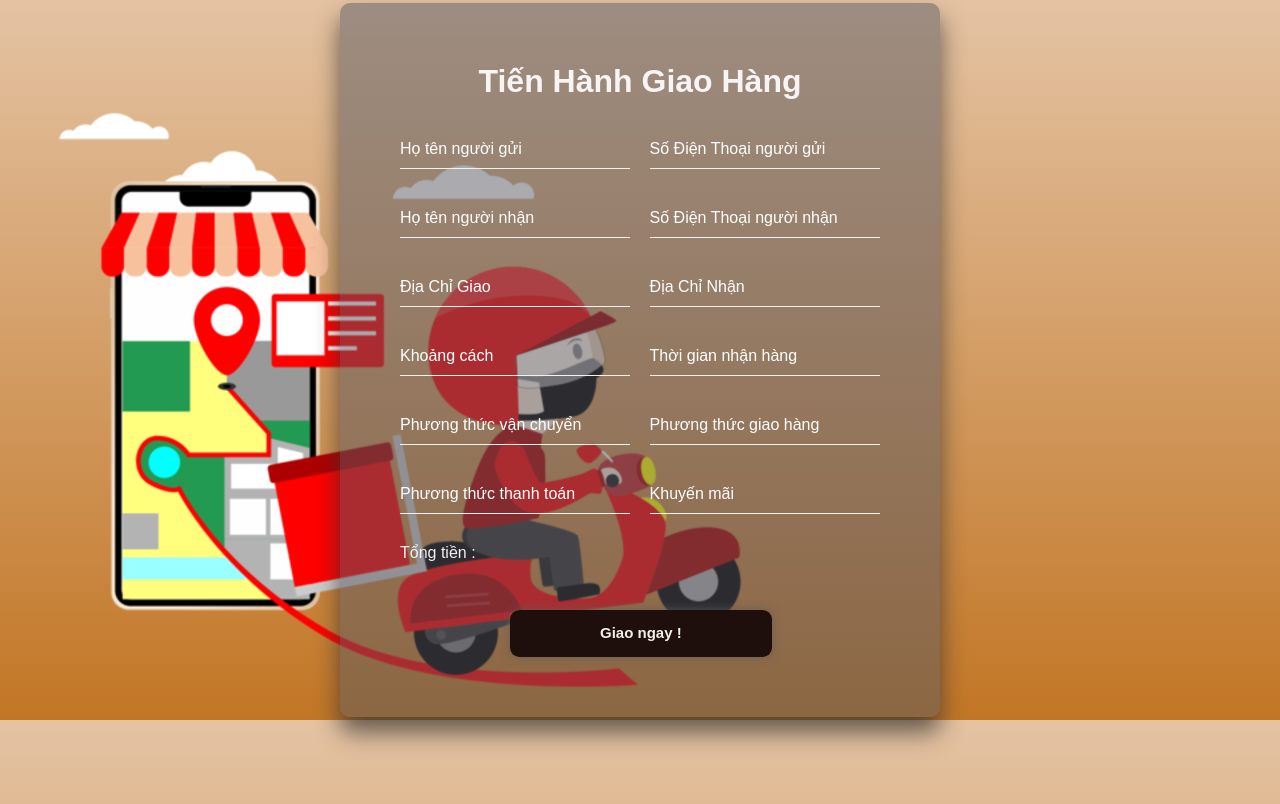
Repository: Pnguyen285/Demo
Page: Giao diện/index.html
These files come from the project's save history. The page is drawn as it stood at one moment and after a run of saves; the edit follows.
The browser window is 1280 px wide. The pictures show the whole page.

Above is the page before, as saved 2023-07-30 11:48:23.

### Giao diện/index.html
<!DOCTYPE html>
<html lang="en">
<head>
  <meta charset="UTF-8">
  <meta name="viewport" content="width=device-width, initial-scale=1.0">
  <title>Document</title>
  <link rel="stylesheet" type="" href="style.css">
  <img src="delivery.png" alt="">
</head>
<body>
  <div class="login-box">
    <h1>Tiến Hành Giao Hàng</h1>
    <div>
      <div class="user-box1">
        <div class="user-box">
          <input type="text" name="" required="">
          <label>Họ tên người gửi</label>
        </div>
        <div class="user-box">
          <input type="text" name="" required="">
          <label>Số Điện Thoại người gửi</label>
        </div>
      </div>
      <div class="user-box1">
        <div class="user-box">
          <input type="text" name="" required="">
          <label>Họ tên người nhận</label>
        </div>
        <div class="user-box">
          <input type="text" name="" required="">
          <label>Số Điện Thoại người nhận</label>
        </div>
      </div>
      <div class="user-box1">
        <div class="user-box">
          <input type="text" name="" required="">
          <label>Địa Chỉ Giao</label>
        </div>
        <div class="user-box">
          <input type="text" name="" required="">
          <label>Địa Chỉ Nhận</label>
        </div>
      </div>
      <div class="user-box1">
        <div class="user-box">
          <input type="text" name="" required="">
          <label>Khoảng cách</label>
        </div>
        <div class="user-box">
          <input type="text" name="" required="">
          <label>Thời gian nhận hàng</label>
        </div>
      </div>
      <div class="user-box1">
        <div class="user-box">
          <input type="number" name="" required="">
          <label>Phương thức vận chuyển</label>
        </div>
        <div class="user-box">
          <input type="number" name="" required="">
          <label>Phương thức giao hàng</label>
        </div>
      </div>
      <div class="user-box1">
        <div class="user-box">
          <input type="number" name="" required="">
          <label>Phương thức thanh toán</label>
        </div>
        <div class="user-box">
          <input type="text" name="" required="">
          <label>Khuyến mãi</label>
        </div>
      </div>
      <div class="totals">
          <label>Tổng tiền :</label>
      </div>
      <br>
      <button>
        <span class="transition"></span>
        <span class="gradient"></span>
        <span class="label">Giao ngay !</span>
      </button>
    </form>
  </div>
</body>
</html>

### Giao diện/style.css
html {
  height: 100%;
}
body {
  margin:0;
  padding:0;
  font-family: sans-serif;
  background: linear-gradient(#e4c3a3, #c27625);
}

.login-box {
  position: absolute;
  top: 50%;
  left: 50%;
  width: 600px;
  padding: 60px;
  transform: translate(-50%, -50%);
  background: rgba(88, 89, 97, 0.5);
  box-sizing: border-box;
  box-shadow: 0 15px 25px rgba(53, 50, 49, 0.742);
  border-radius: 10px;
  color:#fff
}

.login-box h1 {
  margin: 0 0 30px;
  padding: 0;
  color: #f8f4f4;
  text-align: center;
}

.login-box .user-box {
  position: relative;
  align-items: center;
  text-align: left;
}
.user-box{
  position: relative;
  display: inline-block;
  width: 48%;
  margin-right: 2%;

}
.login-box .user-box input {
  width: 100%;
  padding: 10px 0;
  font-size: 16px;
  color: #0b0607;
  margin-bottom: 30px;
  border: none;
  border-bottom: 1px solid #f2f3f0;
  outline: none;
  background: transparent;
}
.login-box .user-box label {
  position: absolute;
  top:0;
  left: 0;
  padding: 10px 0;
  font-size: 16px;
  color: #fff;
  pointer-events: none;
  transition: .5s;
}

.login-box .user-box input:focus ~ label,
.login-box .user-box input:valid ~ label {
  top: -20px;
  left: 0;
  color: #090705;
  font-size: 14px;
}

button {
  font-size: 15px;
  padding: 1em 6em;
  font-weight: 500;
  background: rgb(199, 108, 47);
  background: linear-gradient(90deg, rgba(196, 200, 203, 0.72), rgb(243, 142, 11) 0% 100%);
  color: #f1efec;
  font-weight: 900;
  border: none;
  position: relative;
  overflow: hidden;
  border-radius: 0.6em;
  box-shadow: 0 0 10px hsla(0, 2%, 37%, 0.8);
  transition: 0.2s;
  left: 110px;
}

.label {
  position: relative;
  top: -1px;
}

.transition {
  transition-timing-function: cubic-bezier(0.8, 0, 0.2, 1);
  transition-duration: 400ms;
  background: #1e0e0c;
  border-radius: 9999px;
  width: 20em;
  height: 11em;
  position: absolute;
  left: 50%;
  top: 50%;
  transform: translate(-50%, -50%);
}

button:hover .transition {
  width: 0;
  height: 0;
}

button:hover {
  transition: 0.2s;
  color: #110d0b;
}

button:active {
  transform: scale(0.97);
}
.user-box1:after {

  display: table;
  clear: both;
}
.user-box1 > div {
  float: left;
  width: 48%;
  margin-right: 4%;
}
.user-box1 > div:last-child {
  margin: 0;
}


.totals {
  margin: 0 0 30px;
  padding: 0;
  color: #f4efef;
  text-align: left;

}

After the next 4 saves:
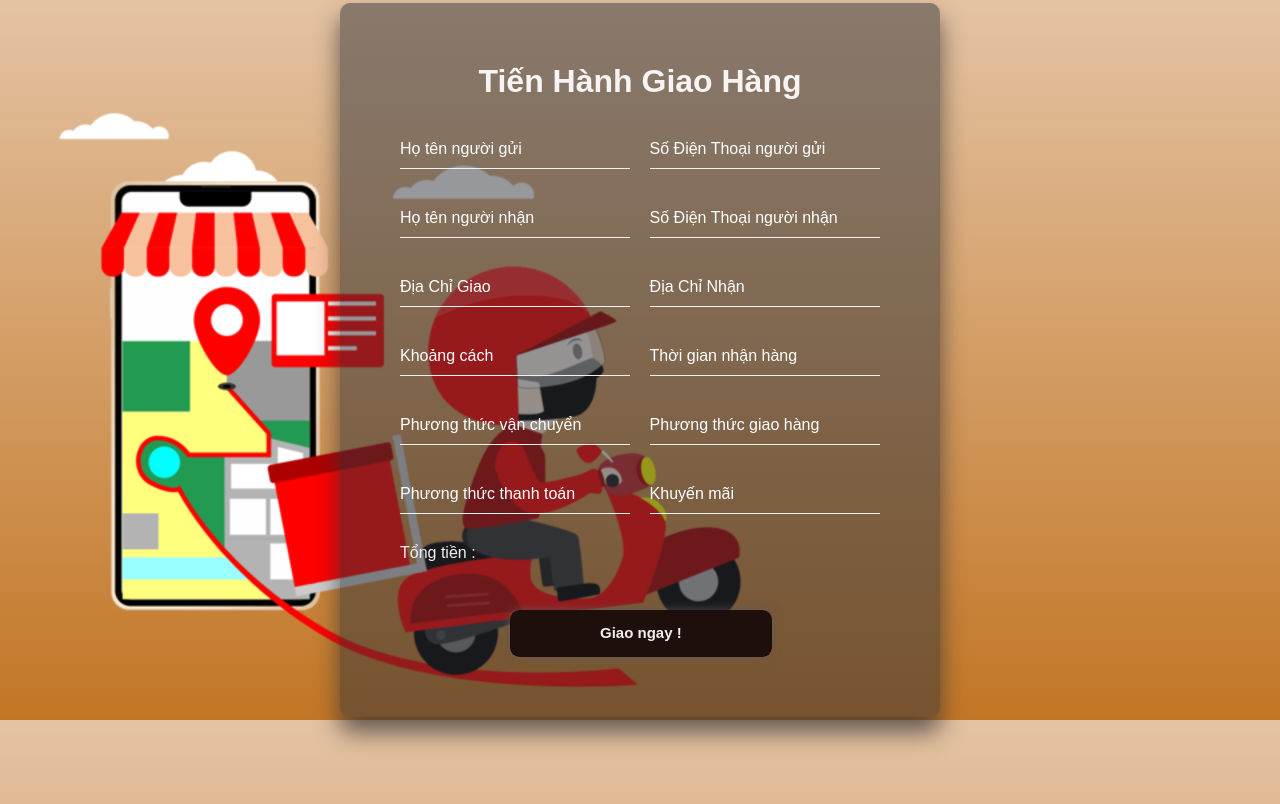
The 4 saves are shown as one change because they came seconds apart.
The last was saved 2 min 18 s later.
--- a/Giao diện/style.css
+++ b/Giao diện/style.css
@@ -15,7 +15,7 @@ body {
   width: 600px;
   padding: 60px;
   transform: translate(-50%, -50%);
-  background: rgba(88, 89, 97, 0.5);
+  background: rgba(47, 50, 56, 0.5);
   box-sizing: border-box;
   box-shadow: 0 15px 25px rgba(53, 50, 49, 0.742);
   border-radius: 10px;
